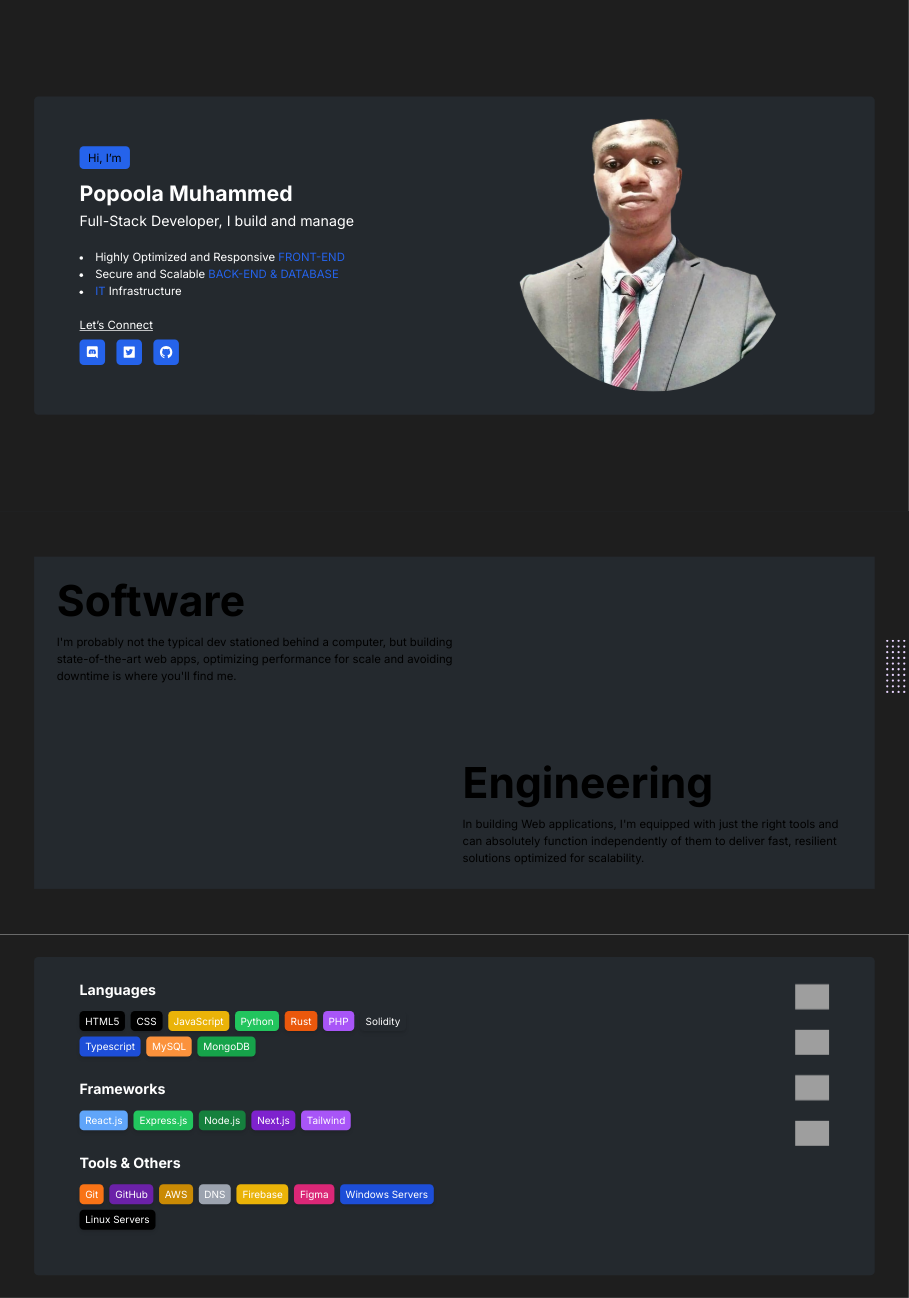
Repository: muhammedctgr/hammedctgr
Page: /
An editor plug-in stored every save of this project. The page is shown before and after a run of saves, followed by the edit.
The browser window is 1280 px wide. The pictures show the whole page, at 71% of full size.
Pictures or frames that could not be fetched are drawn as grey boxes. The project was rebuilt for these pictures with package versions that can differ from the ones it lists, and the page was loaded fresh each time. The framework's server and built-in components were replaced by stand-ins that run in the browser. Also part of the build but not shown: next.config.mjs.

Above is the page before, as saved 2024-08-05 12:05:39.

After the next 2 saves:
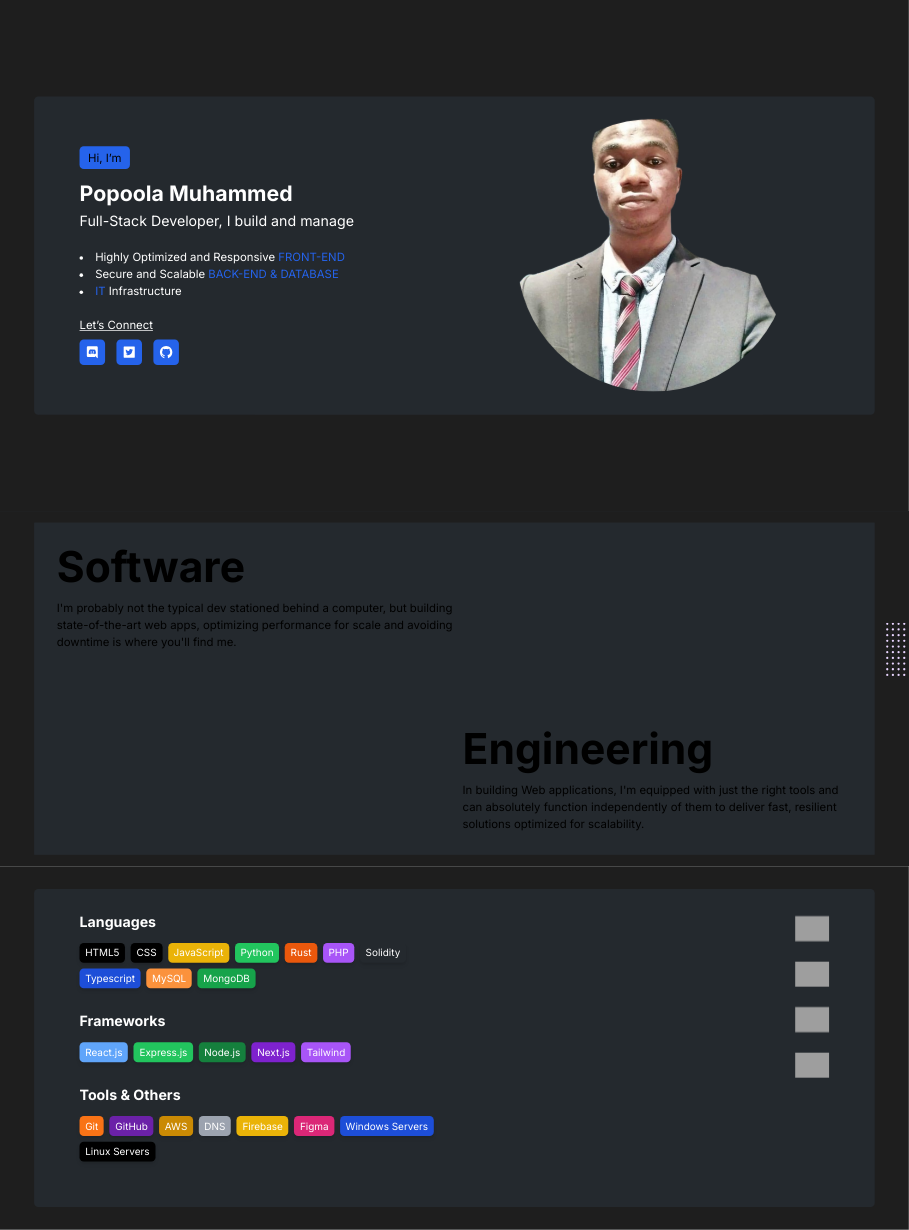
The 2 saves are shown as one change because they came seconds apart.
The last was saved 23 s later.
--- a/components/SummarySection.tsx
+++ b/components/SummarySection.tsx
@@ -2,7 +2,7 @@ import { FC } from 'react';
 
 const SummarySection: FC = () => {
   return (
-<section className="px-4 py-16 md:px-8 lg:px-12 bg-gptGray relative overflow-hidden">
+<section className="px-4 py-4 md:px-8 lg:px-12 bg-gptGray relative overflow-hidden">
   <div className="container bg-githubGray mx-auto flex flex-col md:flex-row justify-between items-start md:px-8 p-4 md:p-8">
     <div className=" mb-8 md:mb-8">
       <div className="mb-4">
